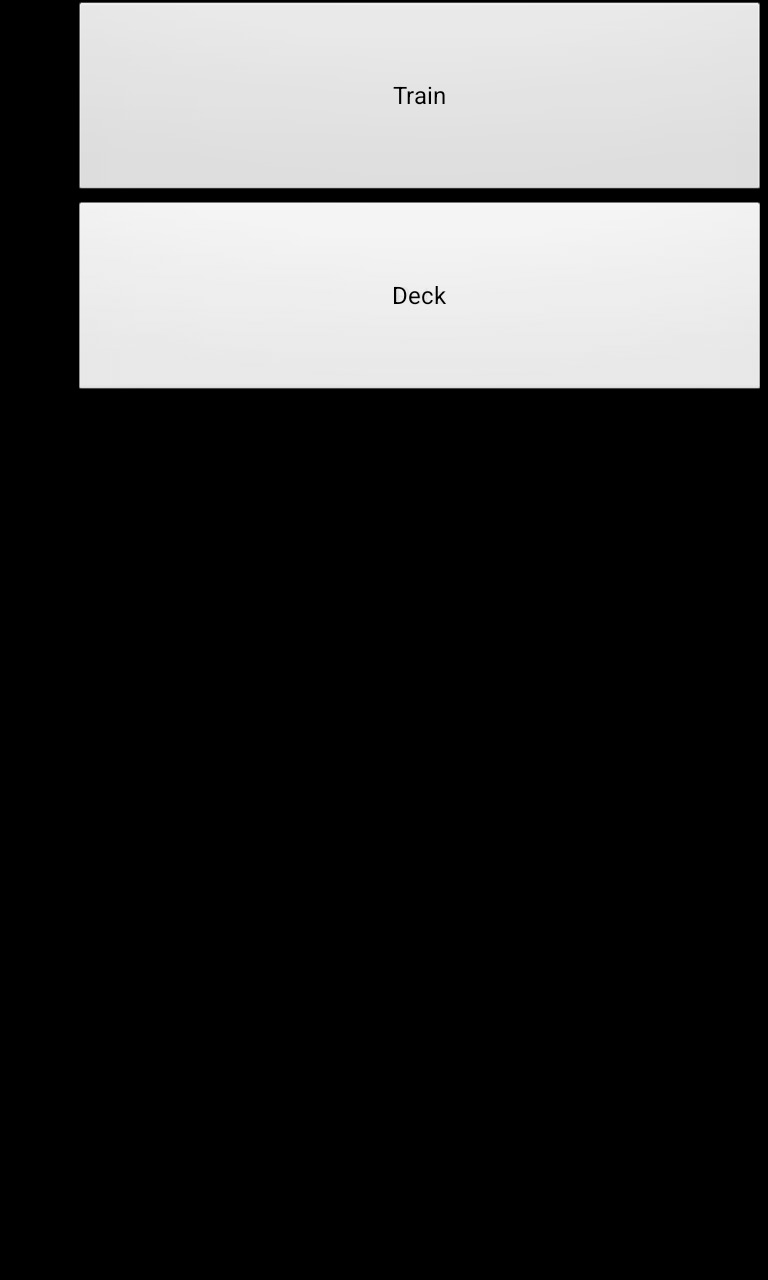
Repository: irheza/CardCaptorMagimon
Layout: CardCaptorMagimon/res/layout/activity_main_menu.xml
The author's editor kept a copy of each file at every save. The layout is drawn from the files as they stood at one save, then again after the next save.
It is drawn on a 768 x 1280 px phone screen (xhdpi) without system bars, with theme android:Theme.NoTitleBar.Fullscreen; the app's code is not run.

Above is the layout before, as saved 2014-11-29 17:34:03.

### CardCaptorMagimon/res/layout/activity_main_menu.xml
<RelativeLayout xmlns:android="http://schemas.android.com/apk/res/android"
    xmlns:tools="http://schemas.android.com/tools"
    android:layout_width="match_parent"
    android:layout_height="match_parent"

    tools:context="com.tekmob.cardcaptormagimon.MainMenu">

 	    	<TextView
        android:id="@+id/username"
        android:layout_width="fill_parent"
        android:layout_height="40dip"
        android:layout_marginRight="50dip"
        android:gravity="left|center_vertical"
        android:paddingRight="5dip"
        android:textSize="14sp" />

 	    <Button
                android:id="@+id/train"
                android:layout_width="fill_parent"
                android:layout_height="100dp"
                android:layout_marginLeft="36dp"

                android:drawablePadding="5dip"
                android:text="@string/training"
                android:textSize="12sp" />
       <Button
                android:id="@+id/peta"
                android:layout_width="fill_parent"
                android:layout_height="100dp"
                android:layout_below="@id/train"
                android:layout_marginLeft="36dp"

                android:drawablePadding="5dip"
                android:text="@string/judul_peta"
                android:textSize="12sp" />
        <Button
                android:id="@+id/deck"
                android:layout_width="fill_parent"
                android:layout_height="100dp"
                android:layout_below="@id/train"
                android:layout_marginLeft="36dp"

                android:drawablePadding="5dip"
                android:text="@string/deck"
                android:textSize="12sp" />

</RelativeLayout>

### CardCaptorMagimon/res/values/strings.xml
<?xml version="1.0" encoding="utf-8"?>
<resources>

    <string name="app_name">CardCaptorMagimon</string>
    <string name="hello_world">Hello world!</string>
    <string name="action_settings">Settings</string>
    <string name="title_activity_training_page">TrainingPage</string>
    <string name="experience_gained_start">Experience Gained : 0</string>
    <string name="sealing_count_start">Sealing Count : 0</string>
    <string name="training">Train</string>
    <string name="title_activity_peta">Peta</string>
    <string name="judul_peta">Peta</string>
    <string name="deck">Deck</string>
    <string name="deck_page">Deck Page</string>
    <string name="title_activity_sealing_page">Sealing Page</string>
    <string name="title_activity_sealed_page">SealedPage</string>
    <string name="title_activity_deck_page">DeckPage</string>

</resources>

After the next save:
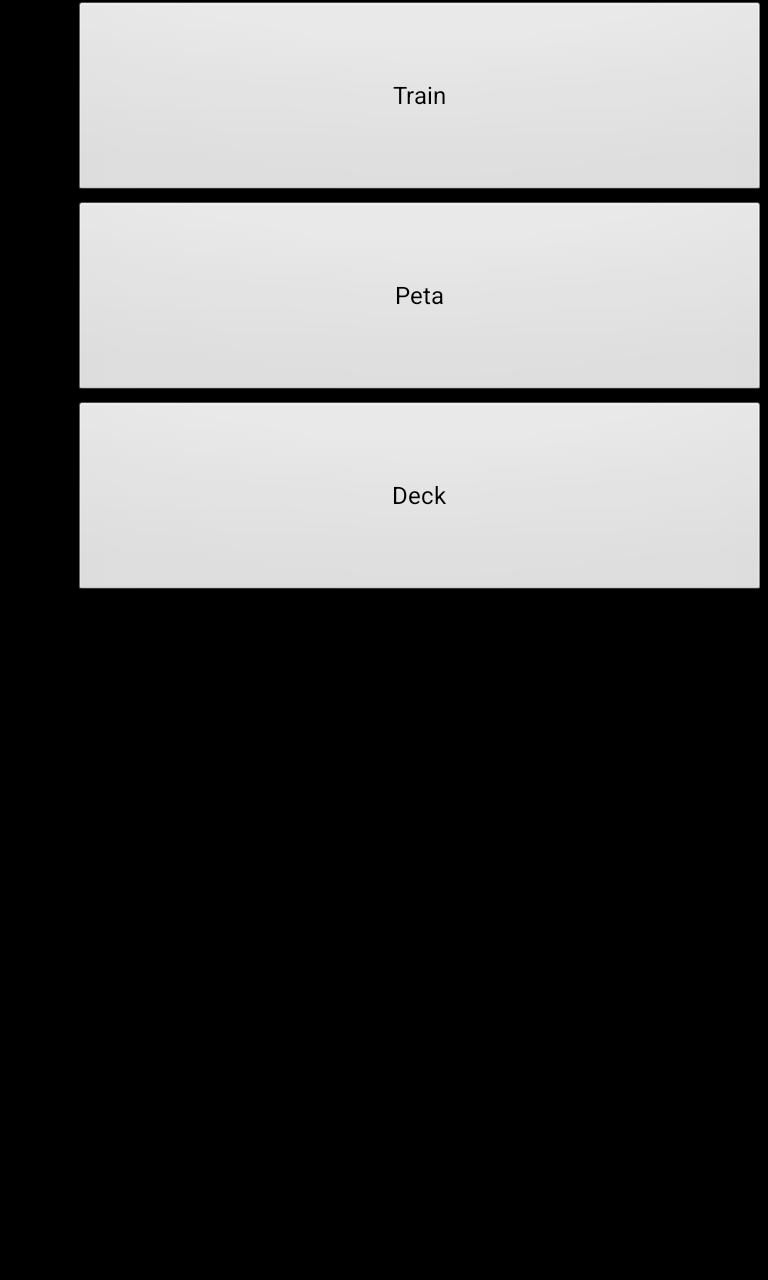
Saved 118 s later.
--- a/CardCaptorMagimon/res/layout/activity_main_menu.xml
+++ b/CardCaptorMagimon/res/layout/activity_main_menu.xml
@@ -37,7 +37,7 @@
                 android:id="@+id/deck"
                 android:layout_width="fill_parent"
                 android:layout_height="100dp"
-                android:layout_below="@id/train"
+                android:layout_below="@id/peta"
                 android:layout_marginLeft="36dp"
 
                 android:drawablePadding="5dip"
